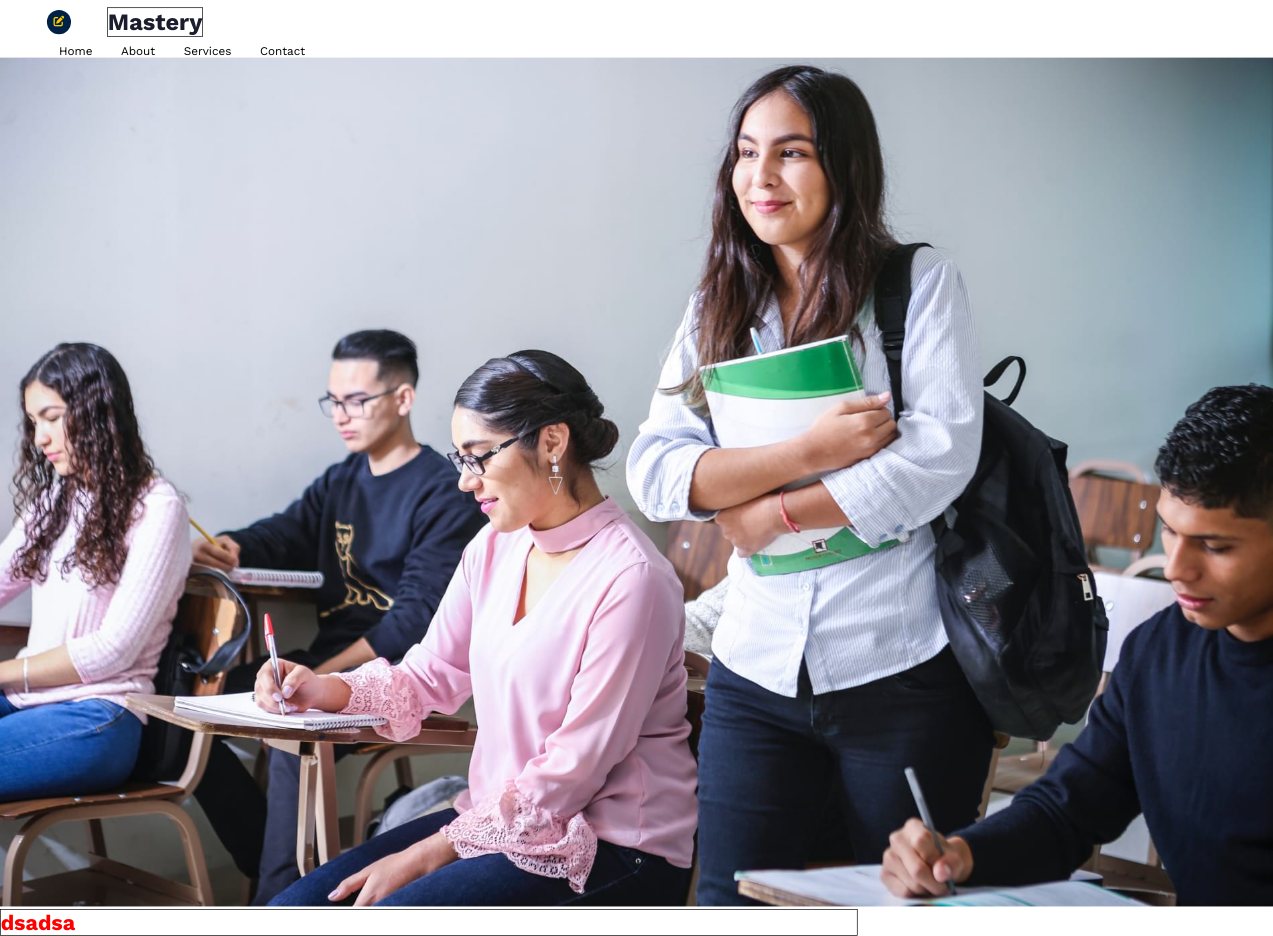
Repository: giahuy405/BC38__Mastery__Pham_Gia_Huy
Page: index.html
The author's editor kept a copy of each file at every save. The page is drawn from the files as they stood at one save, then again after the next save.
The browser window is 1280 px wide. The page is 1900 px wide, so the pictures cover 1900 px, including what lies to the right of the window. The pictures show the whole page, at 67% of full size.

Above is the page before, as saved 2022-09-09 15:42:49.

After the next save:
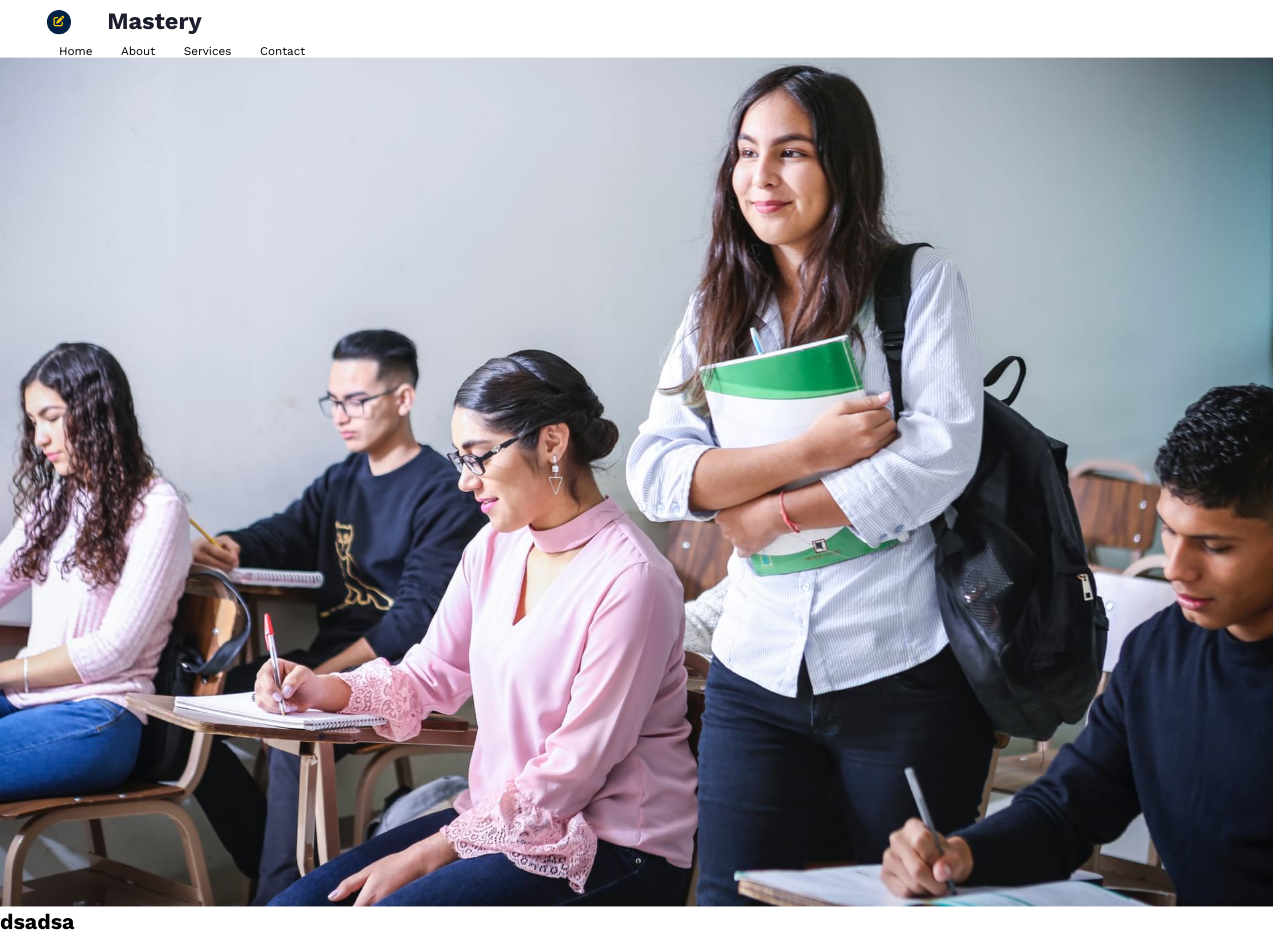
Saved 4 s later.
--- a/index.css
+++ b/index.css
@@ -177,9 +177,3 @@ a,a:visited,a:hover,a:active{
 .carousel{
     width: 100%;
 }
-
-h1{
-    color: red;
-    border: 1px solid black;
-    padding: 0;
-}
